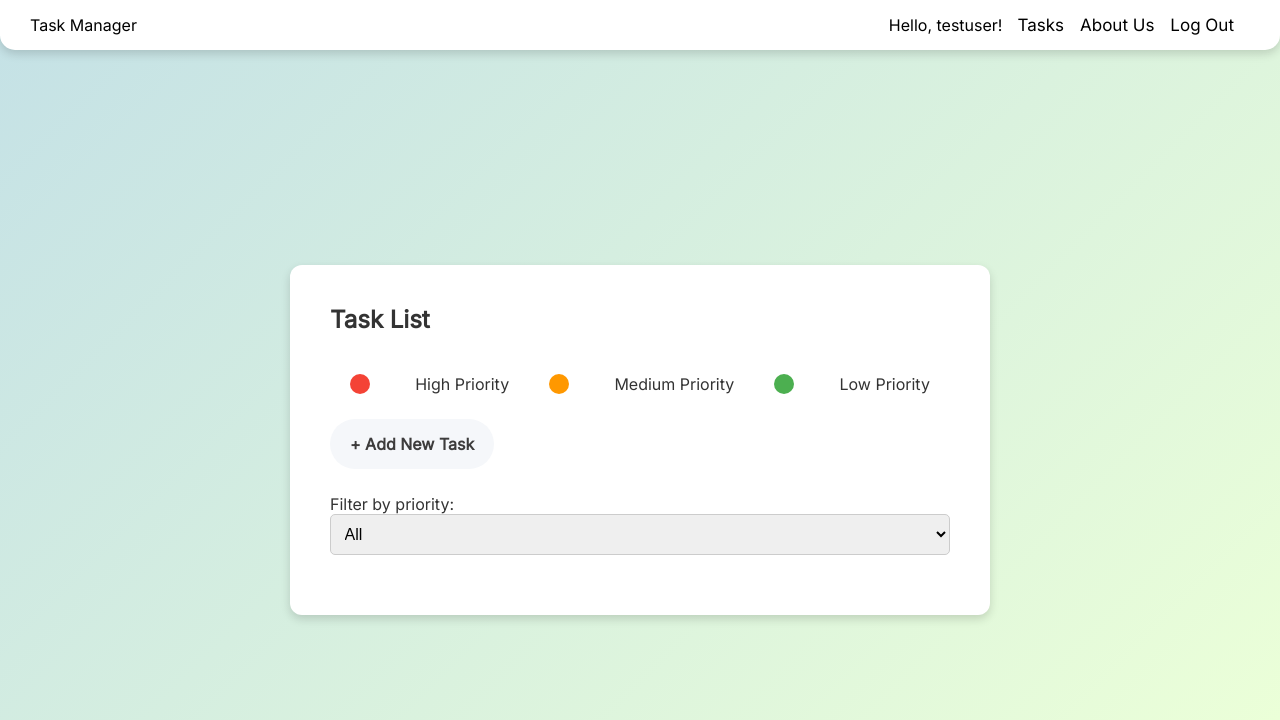
Repository: moatazbenma/fullstack-projects
Page: http://localhost/
These files come from the project's save history. The page is drawn as it stood at one moment and after the next save; the edit follows.
The browser window is 1280 px wide. The pictures show the whole page.
The page is served by the project's application, run on Django 5.2 (taskmanager/manage.py). A made-up administrator, testuser (Test User, test@example.com), is signed in. Queries for data that is not in the repository find no rows.

Above is the page before, as saved 2025-06-01 13:41:03.

After the next save:
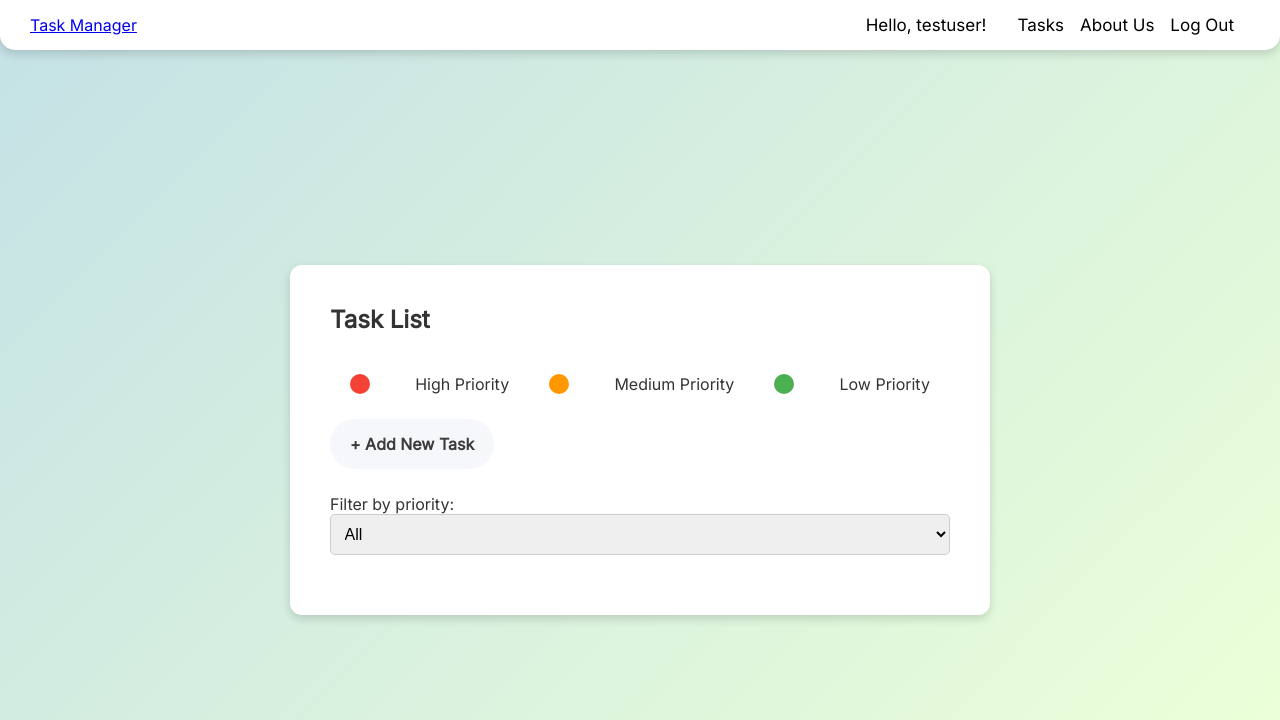
Saved 14 s later.
--- a/taskmanager/tasks/templates/tasks/base.html
+++ b/taskmanager/tasks/templates/tasks/base.html
@@ -8,7 +8,7 @@
 </head>
 <body>
     <nav>
-        <p class="logo" href="{% url "task-list" %}">Task Manager</p>
+        <a class="logo" href="{% url "task-list" %}">Task Manager</p>
         <div class="nav-links">
         {% if user.is_authenticated %}
         <p class="user-info">Hello, {{user.username}}!</p>
